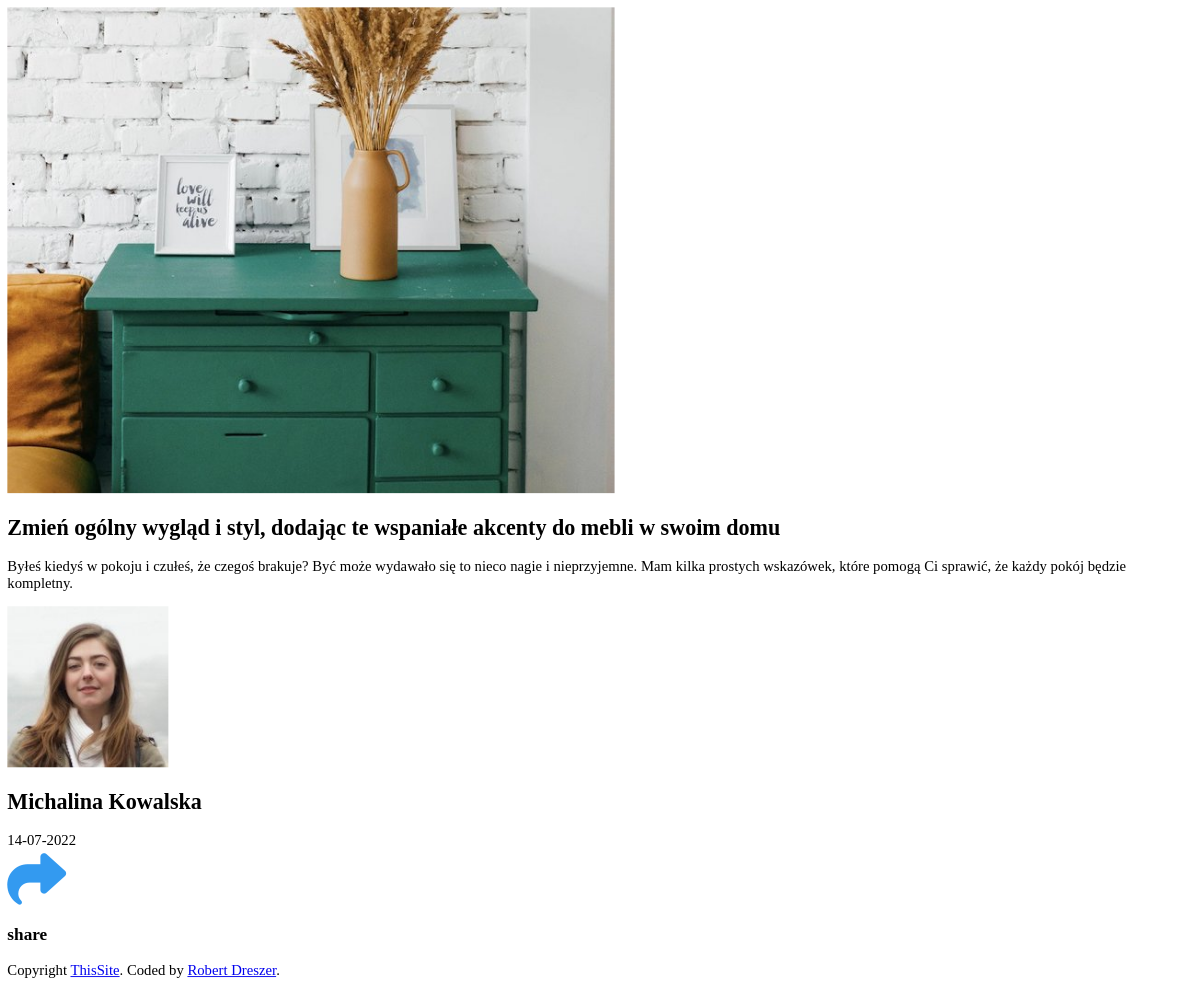
Repository: RobertDsr/komponent-podgl-du-produktu
Page: index.html
These files come from the project's save history. The page is drawn as it stood at one moment and after a run of saves; the edit follows.
The browser window is 1280 px wide. The pictures show the whole page, at 92% of full size.
Some web libraries are served in a nearby version.

Above is the page before, as saved 2022-07-14 12:23:03.

### index.html
<!DOCTYPE html>
<html lang="pl">
<head>
  <meta charset="UTF-8">
  <meta name="viewport" content="width=device-width, initial-scale=1.0"> <!-- displays site properly based on user's device -->

  <link rel="icon" type="image/png" sizes="32x32" href="./images/favicon-32x32.png">

  <script src="https://kit.fontawesome.com/f1983936fd.js" crossorigin="anonymous"></script>

  <title>Article preview component</title>
</head>
<body>

  <div class="wrapper">
    <img src="./images/drawers.jpg" alt="zielona szafka z ustawionymi na niej gadżetami ">
    <section class="articleDescription">
      <h1 class="Title">Zmień ogólny wygląd i styl, dodając te wspaniałe akcenty do mebli w swoim domu</h1>
      <p>Byłeś kiedyś w pokoju i czułeś, że czegoś brakuje? Być może wydawało się to nieco nagie i nieprzyjemne. Mam kilka prostych wskazówek, które pomogą Ci sprawić, że każdy pokój będzie kompletny.</p>
      <div class="author">
        <img src="./images/avatar-michelle.jpg" alt="Michelle" class="imgAuthor">
        <div class="divAuthorName">
        <h2 class="authorName">Michalina Kowalska</h2>
        <time datetime="2022-07-14">14-07-2022</time>
      </div>
        <div class="socialMedia">
          <i class="fa-solid fa-share fa-4x" style="color: #339af0;"></i>
          <div class="popup">
            <div class="mediaWrapper">
              <h3>share</h3>
            </div>
          </div>
        </div>
      </div>
    </section>
  </div>

  <div class="attribution">
    Copyright <a href="https://robertdreszer.pl/" target="_blank">ThisSite</a>.
    Coded by <a href="https://robertdreszer.pl/">Robert Dreszer</a>.
  </div>
</body>
</html>

After the next 2 saves:
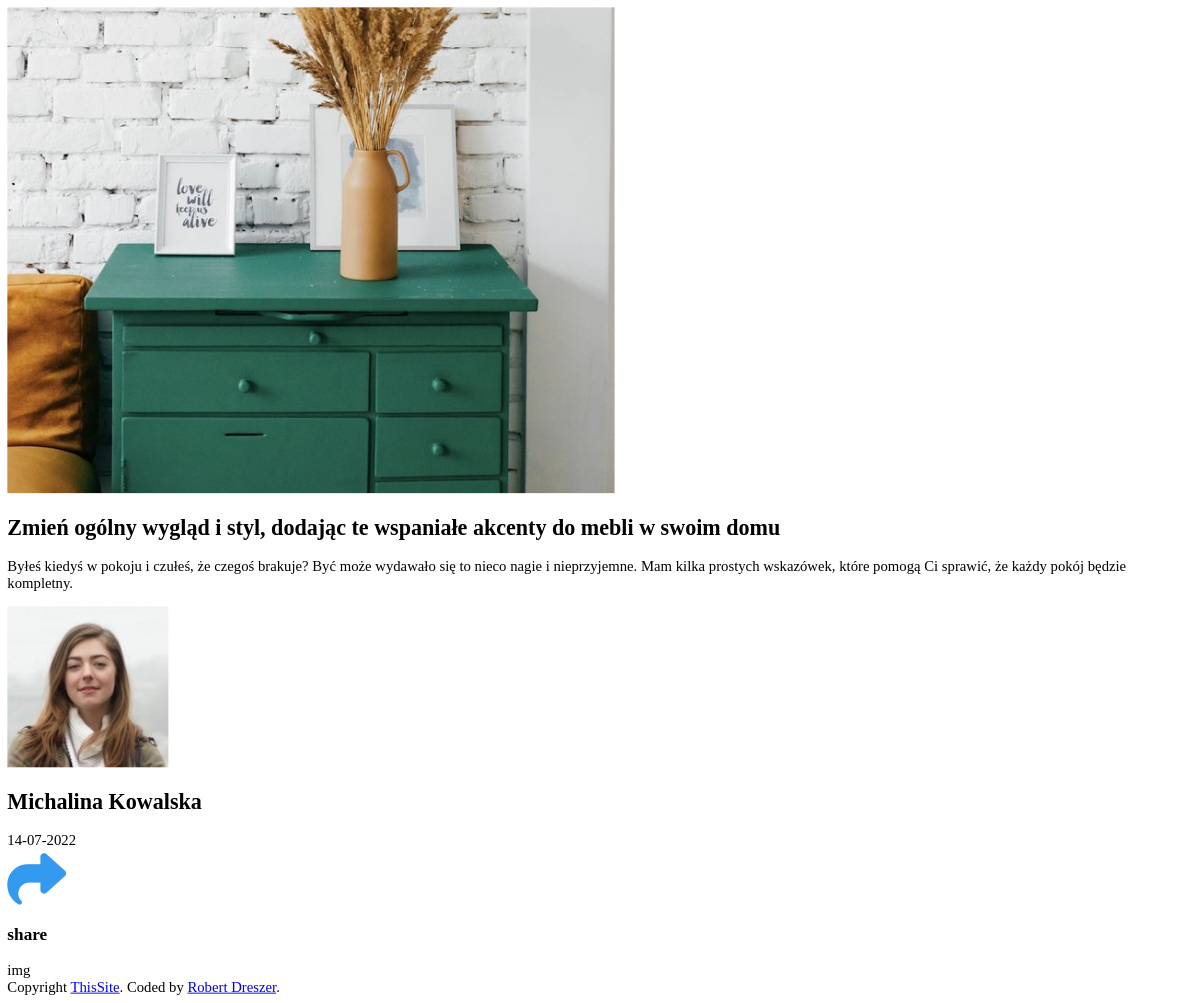
The 2 saves are shown as one change because they came seconds apart.
The last was saved 6 s later.
--- a/index.html
+++ b/index.html
@@ -28,6 +28,7 @@
           <div class="popup">
             <div class="mediaWrapper">
               <h3>share</h3>
+              img
             </div>
           </div>
         </div>
